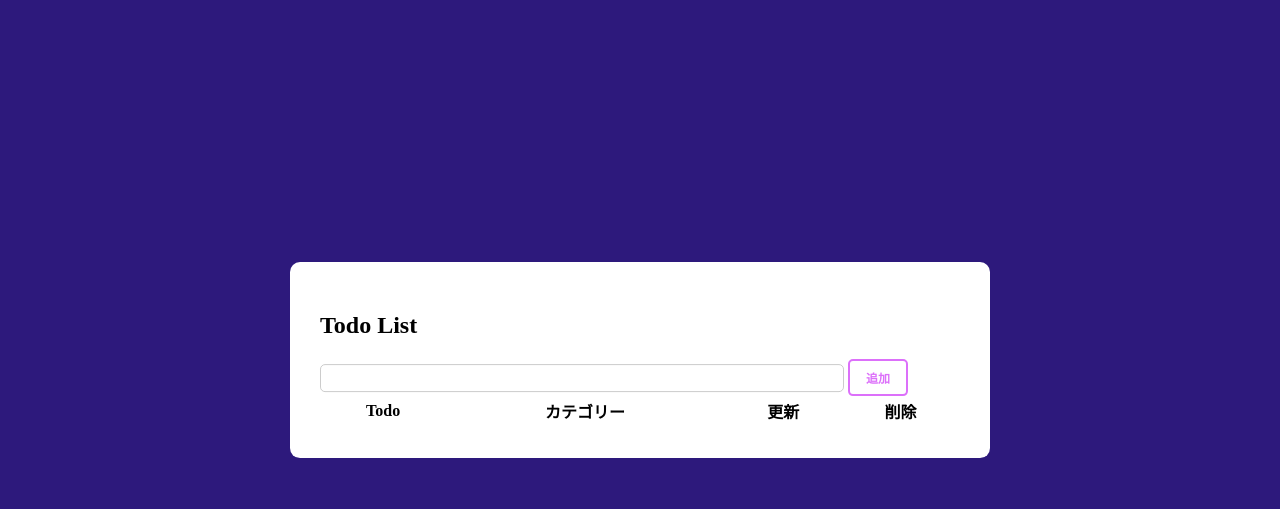
Repository: azuma2/cate
Page: http://localhost/
The author's editor kept a copy of each file at every save. The page is drawn from the files as they stood at one save, then again after the next save.
The browser window is 1280 px wide. The pictures show the whole page.
The page is served by the project's Laravel application, run on PHP 8.4 with Laravel 8. Other server files are loaded and not shown. Queries for data that is not in the repository find no rows.

Above is the page before, as saved 2022-05-07 20:50:17.

### routes/web.php
<?php

use Illuminate\Support\Facades\Route;
use App\Http\Controllers\TodoController;
use App\Http\Controllers\CateController;


Route::get('/', [TodoController::class, 'index']);
Route::post('/todo/create', [TodoController::class, 'create']);
Route::post('/todo/update', [TodoController::class, 'update']);
Route::post('/todo/delete', [TodoController::class, 'remove']);
Route::post('/todo/search', [TodoController::class, 'search']);
Route::post('/cate/create', [CateController::class, 'post']);
Route::post('/cate/update', [CateController::class, 'update']);
Route::post('/cate/delete', [CateController::class, 'remove']);
Route::post('/cate/search', [CateController::class, 'search']);

### app/Http/Controllers/TodoController.php
<?php

namespace App\Http\Controllers;

use App\Models\Todo;
use App\Models\Cate;
use Illuminate\Http\Request;
use Illuminate\Support\Facades\DB;

class TodoController extends Controller
{
    public function index()
    {
        $items = Todo::all();
        $items = DB::select('select * from todos');

        return view('index', ['items' => $items]);
    }

    public function create(Request $request)
    {
        $param = ['content' => $request->content,];
        $this->validate($request, Todo::$rules);

        DB::insert('insert into todos (content) values (:content)', $param);
        return redirect('/');
    }

    public function update(Request $request)
    {
         $param = [
            'id' => $request->id,
            'content' => $request->content,

        ];
        $this->validate($request, Todo::$rules);
        DB::update('update todos set content =:content where id =:id', $param);
        return redirect('/');
    }

    public function remove(Request $request)
    {
        $param = ['id' => $request->id];
        DB::delete('delete from todos where id =:id', $param);
        return redirect('/');
    }

}

### app/Models/todo.php
<?php


namespace App\Models;

use Illuminate\Database\Eloquent\Factories\HasFactory;
use Illuminate\Database\Eloquent\Model;
use App\Models\Cate;

class Todo extends Model
{
    use HasFactory;

    protected $fillable = ['cate_id', 'content'];

    public static $rules = array(
        'cate_id' => 'text',
        'content' => 'required|max:20',
    );

    public function cate(){
        return $this->belongsTo('App\Models\cate');
    }


}

### resources/views/index.blade.php
<!DOCTYPE html>
<html lang="ja">
<head>
    <meta charset="UTF-8">
    <meta http-equiv="X-UA-Compatible" content="IE=edge">
    <meta name="viewport" content="width=device-width, initial-scale=1.0">
    <link rel="stylesheet" href="{{ asset('\resources\views\layouts\reset.css') }}" >
    <title>@yield('title')</title>
    <style>
    body {
      font-size:16px;
      margin: 5px;
      background-color: #2d197c;
    }

    td {
      padding: 5px 10px;
      text-align: center;
    }

    .narabe{
      display:flex;
        flex-flow: column;
    }

    .button {
    text-align: left;
    border: 2px solid #dc70fa;
    font-size: 12px;
    color: #dc70fa;
    background-color: #fff;
    font-weight: bold;
    padding: 8px 16px;
    border-radius: 5px;
    cursor: pointer;
    transition: 0.4s;
    outline: none;
}
.input-add {
    width: 80%;
    padding: 5px;
    border-radius: 5px;
    border: 1px solid #ccc;
    appearance: none;
    font-size: 14px;
    outline: none;
}
.input-update {
    width: 90%;
    padding: 5px;
    border-radius: 5px;
    border: 1px solid #ccc;
    appearance: none;
    font-size: 14px;
    outline: none;
}
    .card {
    background-color: #fff;
    width: 50vw;
    padding: 30px;
    position: absolute;
    top: 50%;
    left: 50%;
    transform: translate(-50%, -50%);
    border-radius: 10px;
}
    h1 {
      font-size:32px;
      color:white;
      text-shadow:1px 0 5px #289ADC;
      margin-left: 1px
    }
    .content {
      margin:10px;
    }
    </style>
  </head>
  <body>
  <div class="container">
    <div class="card">
      <h2 class="title">Todo List</h2>
            <div class="todo">
              @if ($errors->has('content'))
                  <tr>
                    <th>ERROR</th>
                  <td>
                  {{$errors->first('content')}}
                </td>
            </tr>
          @endif



        <form action="/todo/create" method="post">
            @csrf
          <input type="text" class="input-add" name="content" />
          <input class="button" type="submit" value="追加" />
        </form>
          @csrf
          <div class="narabe">
        <table>
            @csrf
          <tr>
            <th>Todo</th>
            <th>カテゴリー</th>
            <th>更新</th>
            <th>削除</th>
          </tr>

                    <tr>
            @foreach ($items as $item)

            <td>

            </td>

            <form action="/todo/update" method="post">
              @csrf
              <td>
                <input type="text" class="input-update" value="{{$item->content}}" name="content" />
              </td>
              <td>
                <input type="hidden"  name="id" value="{{$item->id}}">
                <input class="button" type="submit" value="更新" >
              </td>
            </form>
            <td>
              <form action="/todo/delete" method="post" >
                    @csrf
                <input  type="hidden" name="id" value="{{$item->id}}" >
                <input class="button" type="submit" value="削除" >
              </form>
            </td>
            </div>
          </tr>
          @endforeach
                  </table>
      </div>
    </div>
  </div>
  </div>

</body>
</html>

Loaded but not shown: app/Http/Controllers/Controller.php (common file)

After the next save:
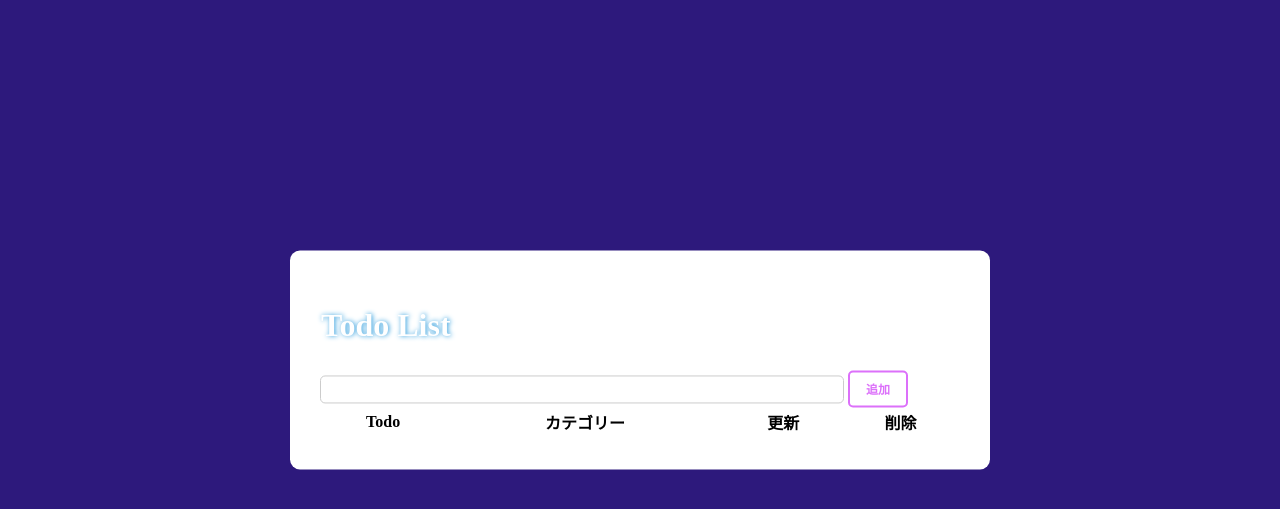
Saved 5 s later.
--- a/resources/views/index.blade.php
+++ b/resources/views/index.blade.php
@@ -64,7 +64,7 @@
     transform: translate(-50%, -50%);
     border-radius: 10px;
 }
-    h1 {
+    h2 {
       font-size:32px;
       color:white;
       text-shadow:1px 0 5px #289ADC;
